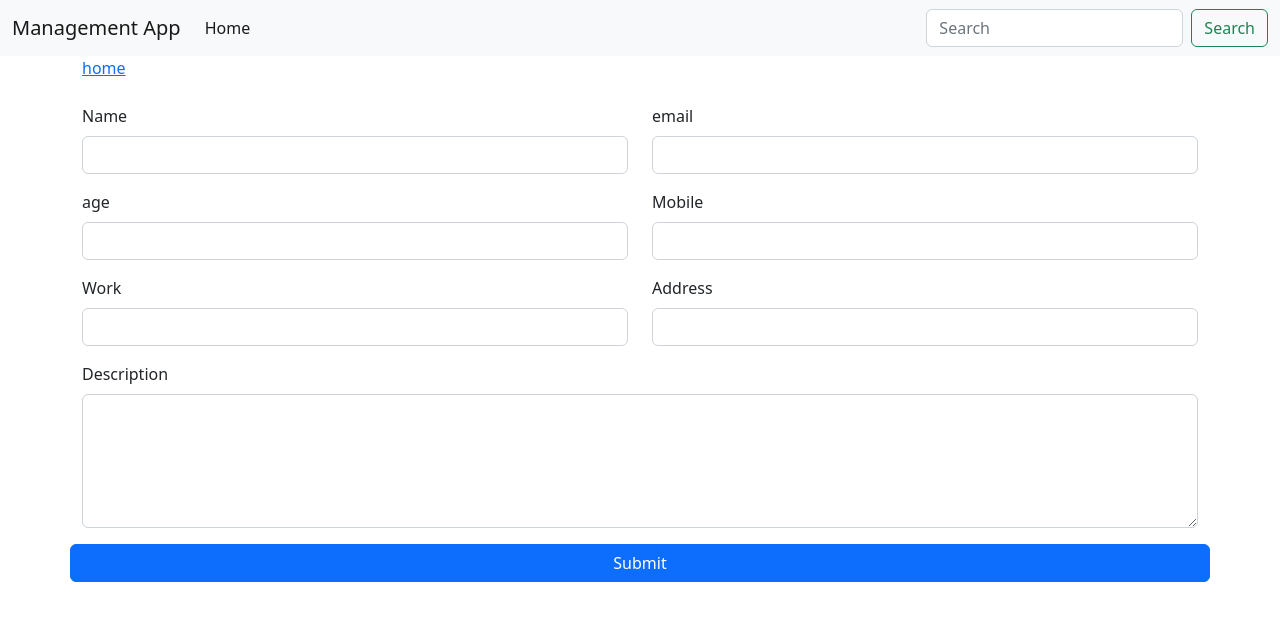
Repository: iamevs/Employee-Management-System
Page: /register (app in client/)
These files come from the project's save history. The page is drawn as it stood at one moment and after the next save; the edit follows.
The browser window is 1280 px wide. The pictures show the whole page.
The project was rebuilt for these pictures with package versions that can differ from the ones it lists, and the page was loaded fresh each time. Also part of the build but not shown: client/vite.config.js, client/src/components/Home.jsx, client/src/components/Edit.jsx. Imported but missing from the stored project, and not drawn on this page: client/src/components/Details.

Above is the page before, as saved 2022-11-28 18:22:52.

After the next save:
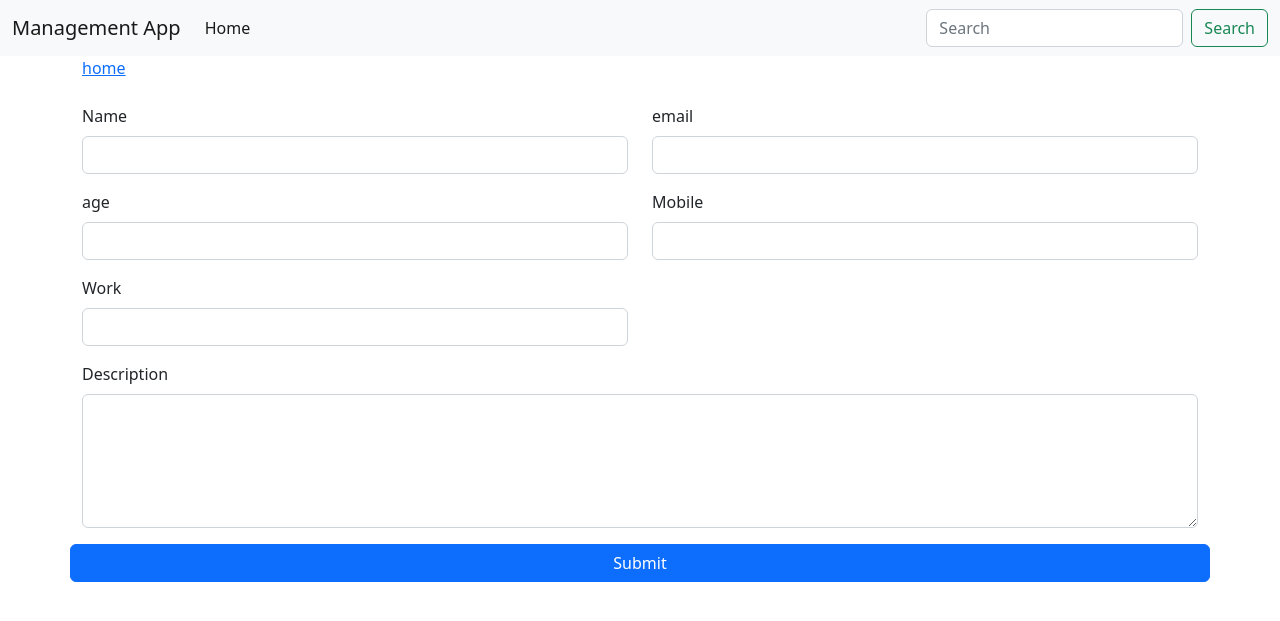
Saved 36 s later.
--- a/client/src/components/Register.jsx
+++ b/client/src/components/Register.jsx
@@ -43,8 +43,6 @@ const Register = () => {
             alert("enter valid email")
         } else if (work == "") {
             alert("work is required")
-        } else if (add == "") {
-            alert("add is required")
         } else if (mobile == "") {
             alert("mobile is required")
         } else if (age == "") {
@@ -57,7 +55,7 @@ const Register = () => {
                     "Content-Type": "application/json"
                 },
                 body: JSON.stringify({
-                    name, email, work, add, mobile, desc, age
+                    name, email, work, mobile, desc, age
                 })
             });
 
@@ -103,10 +101,6 @@ const Register = () => {
                         <label for="exampleInputPassword1" class="form-label">Work</label>
                         <input type="text" value={inpval.work} onChange={setdata} name="work" class="form-control" id="exampleInputPassword1" />
                     </div>
-                    <div class="mb-3 col-lg-6 col-md-6 col-12">
-                        <label for="exampleInputPassword1" class="form-label">Address</label>
-                        <input type="text" value={inpval.add} onChange={setdata} name="add" class="form-control" id="exampleInputPassword1" />
-                    </div>
                     <div class="mb-3 col-lg-12 col-md-12 col-12">
                         <label for="exampleInputPassword1" class="form-label">Description</label>
                         <textarea name="desc" value={inpval.desc} onChange={setdata} className="form-control" id="" cols="30" rows="5"></textarea>
